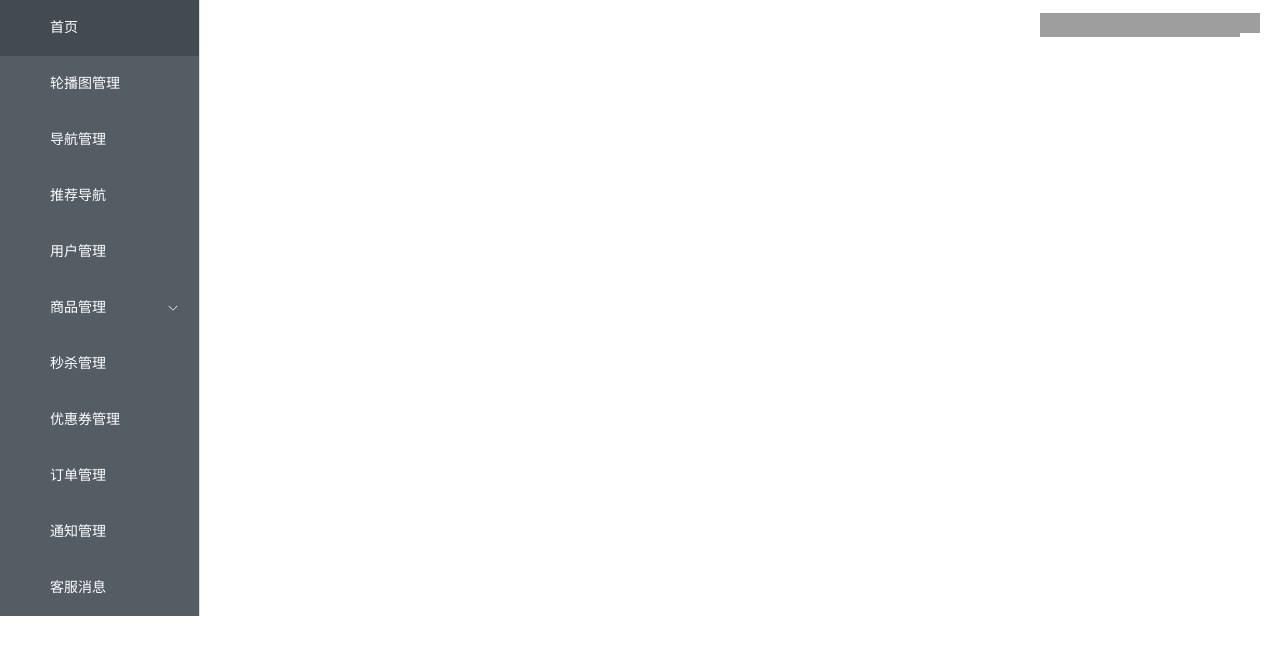
Repository: xinwuhao/CCG
Page: /addgoods
These files come from the project's save history. The page is drawn as it stood at one moment and after the next save; the edit follows.
The browser window is 1280 px wide. The pictures show the whole page.
Pictures or frames that could not be fetched are drawn as grey boxes. The project was rebuilt for these pictures with package versions that can differ from the ones it lists, and the page was loaded fresh each time. Also part of the build but not shown: vite.config.ts.

Above is the page before, as saved 2021-09-22 11:40:10.

### src/main.ts
import { createApp } from 'vue'
import App from "./App.vue";
import router from "./router"
import ElementPlus from 'element-plus'
import 'element-plus/dist/index.css'
import * as Icons from '@element-plus/icons'
import { toLine } from './utils/index'

const app = createApp(App)

for (let i in Icons) {
    app.component(`el-icon${toLine(i)}`, (Icons as any)[i])
}

app.use(router)
app.use(ElementPlus)
app.mount('#app')

### src/App.vue
<template>
  <div>
    <router-view></router-view>
  </div>
</template>

<script setup lang="ts">
</script>

<style lang='scss'>
@import "./scssbox.scss";
</style>

### src/router/index.ts
import { createRouter, createWebHistory, RouteRecordRaw } from 'vue-router'
// import Home from '../views/homepage/homepage.vue'
import Layout from '../views/layout/Layout.vue'

const routes: Array<RouteRecordRaw> = [
  {
    path: '/login',
    name: 'Logon',
    component: () => import('../views/login/Login.vue'),
    meta: {
      title: '登录'
    }
  },
  {
    path: '/',
    component: Layout,
    // 子路由: children
    children: [
      {
        path: '/',
        name: '/',
        component: () => import('../views/homepage/homepage.vue'),
        meta: {
          title: '首页',
          meta: '/homepage'
        }
      },
      {
        path: '/discount',
        name: 'discount',
        component: () => import('../views/discount/discount.vue'),
        meta: {
          title: '优惠券管理',
          meta: '/discount'
        }
      },
      {
        path: '/navigation',
        name: 'navigation',
        component: () => import('../views/navigation/navigation.vue'),
        meta: {
          title: '推荐导航',
          meta: '/navigation'
        }
      },
      {
        path: '/user',
        name: 'user',
        component: () => import('../views/user/user.vue'),
        meta: {
          title: '用户管理',
          meta: '/user'
        }
      },
      {
        path: '/addgoods',
        name: 'addgoods',
        component: () => import('../views/goods/addgoods.vue'),
        meta: {
          title: '添加商品',
          meta: '/addgoods'
        }
      },
      {
        path: '/sortgoods',
        name: 'sortgoods',
        component: () => import('../views/goods/sortgoods.vue'),
        meta: {
          title: '商品分类',
          meta: '/sortgoods'
        }
      },
      {
        path: '/modelgoods',
        name: 'modelgoods',
        component: () => import('../views/goods/modelgoods.vue'),
        meta: {
          title: '商品模型',
          meta: '/modelgoods'
        }
      },
      {
        path: '/specsgoods',
        name: 'specsgoods',
        component: () => import('../views/goods/specsgoods.vue'),
        meta: {
          title: '商品规格',
          meta: '/specsgoods'
        }
      },
      {
        path: '/parametergoods',
        name: 'parametergoods',
        component: () => import('../views/goods/parametergoods.vue'),
        meta: {
          title: '商品参数',
          meta: '/parametergoods'
        }
      },
      {
        path: '/specifications',
        name: 'specifications',
        component: () => import('../views/goods/specifications.vue'),
        meta: {
          title: '规格参数',
          meta: '/specifications'
        }
      },
      {
        path: '/seckill',
        name: 'seckill',
        component: () => import('../views/seckill/seckill.vue'),
        meta: {
          title: '秒杀管理',
          meta: '/seckill'
        }
      },
      {
        path: '/order',
        name: 'order',
        component: () => import('../views/order/order.vue'),
        meta: {
          title: '订单管理',
          meta: '/order'
        }
      },
      {
        path: '/notice',
        name: 'notice',
        component: () => import('../views/notice/notice.vue'),
        meta: {
          title: '通知管理',
          meta: '/notice'
        }
      },
      {
        path: '/news',
        name: 'news',
        component: () => import('../views/news/news.vue'),
        meta: {
          title: '客服消息',
          meta: '/news'
        }
      },
    ]
  }
]

const router = createRouter({
  history: createWebHistory(),
  routes
})

router.beforeEach((to, from, next) => {
  document.title = to.meta.title as string
  next()
})

export default router

### src/utils/index.ts
export const toLine = (str: string) => {
  return str.replace(/([A-Z])/g, "-$1").toLowerCase()
}

### src/scssbox.scss
* {
    margin: 0;
    padding: 0;
}

html,
body,
#app,
.el-container,
.el-menu {
    height: 100%;
}

### src/views/layout/Layout.vue
<template>
  <el-container>
    <el-aside width="auto">
      <nav-left :isCollapse='isCollapse'></nav-left>
    </el-aside>
    <el-container>
     <el-header>
        <nav-header v-model:isCollapse='isCollapse'></nav-header>
     </el-header>
      <el-main>
        <router-view></router-view>
      </el-main>
    </el-container>
  </el-container>
</template>

<script setup lang="ts">
import { ref, reactive } from 'vue'
import NavHeader from  '../../components/navHeader/NavHeader.vue'
import NavLeft from  '../../components/navLeft/NavLeft.vue'

interface Data {
  name: string,
  age: number
}

let isCollapse = ref<boolean>(false)
let data = reactive<Data>({
  name: 'jack',
  age: 20
})
</script>

<style scoped lang="scss">
.el-header {
  height: 50px;
  padding: 0;
}
</style>

### src/views/goods/addgoods.vue


<script lang="ts">
import { defineComponent, ref } from "vue";
import { ElMessage } from "element-plus";
import { useRoute, useRouter } from "vue-router";
import api from "../../http/aip";



export default defineComponent({
  setup() {


  },
});
</script>

<style scoped>

</style>

### src/components/navHeader/NavHeader.vue
<template>
  <div class="header">
    <div @click="toggle" class="cent">
      <el-icon-expand v-if="isCollapse"></el-icon-expand>
      <el-icon-fold v-else></el-icon-fold>
      <div class="cenn">
        <iframe
          width="200"
          height="24"
          frameborder="0"
          scrolling="no"
          hspace="0"
          src="https://i.tianqi.com/?c=code&id=11"
        ></iframe>
        <div>
          <img
            src="https://img0.baidu.com/it/u=3730772664,138405132&fm=26&fmt=auto"
            class="img"
          />
        </div>
      </div>
    </div>
  </div>
</template>

<script lang='ts' setup>
import { ref } from "vue";
import { Fold, Expand } from "@element-plus/icons";

let props = defineProps({
  isCollapse: {
    type: Boolean,
    default: false,
  },
});
let emits = defineEmits(["update:isCollapse"]);
let toggle = () => {
  emits("update:isCollapse", !props.isCollapse);
};
</script>

<style lang='scss' scoped>
svg {
  width: 20px;
  height: 20px;
}
.header {
  height: 50px;
  display: flex;
  align-items: center;
  padding: 0 20px;
}
.cent {
  display: flex;
  width: 100%;
}
.cenn {
  display: flex;
  justify-content: flex-end;
  width: 100%;
}
.img {
  width: 20px;
  height: 20px;
}
</style>

### src/components/navLeft/NavLeft.vue
<template>
  <el-menu
    :uniqueOpened="true"
    default-active="2"
    class="el-menu"
    background-color="#545c64"
    text-color="#fff"
    active-text-color="#ffd04b"
    :collapse="isCollapse"
    :router="true"
  >
    <div v-for="(item, index) in arr" :key="index">
      <div v-if="item.name !== '商品管理'">
        <el-menu-item :index="item.path">
          <component :is="item.i" class="iconbox"></component>
          <template #title>{{ item.name }}</template>
        </el-menu-item>
      </div>
      <div v-else>
        <el-sub-menu :index="item.path">
          <template #title>
            <component :is="item.i" class="iconbox"></component>
            <span>{{ item.name }}</span>
          </template>
          <div v-for="(item1, index1) in arr1" :key="index1">
            <el-menu-item-group>
              <el-menu-item :index="item1.path">
                <component :is="item1.i" class="iconbox"></component>
                <span> {{ item1.name }}</span>
              </el-menu-item>
            </el-menu-item-group>
          </div>
        </el-sub-menu>
      </div>
    </div>
  </el-menu>
</template>

<script lang='ts' setup>
import { ref } from "vue";
let arr = ref<any>([
  { name: "首页", i: "el-icon-house", path: "/" },
  { name: "轮播图管理", i: "el-icon-help", path: "/discount" },
  { name: "导航管理", i: "el-icon-data-line", path: "/discount" },
  { name: "推荐导航", i: "el-icon-document-copy", path: "/navigation" },
  { name: "用户管理", i: "el-icon-user", path: "/user" },
  { name: "商品管理", i: "el-icon-paperclip",},
  { name: "秒杀管理", i: "el-icon-reading", path: "/seckill" },
  { name: "优惠券管理", i: "el-icon-coin", path: "/discount" },
  { name: "订单管理", i: "el-icon-set-up", path: "/order" },
  { name: "通知管理", i: "el-icon-microphone", path: "/notice" },
  { name: "客服消息", i: "el-icon-chat-line-round", path: "/news" },
]);
let arr1 = ref<any>([
  { name: "添加商品", i: "el-icon-document-add", path: "/addgoods" },
  { name: "商品分类", i: "el-icon-tickets", path: "/sortgoods" },
  { name: "商品模型", i: "el-icon-set-up", path: "/modelgoods" },
  { name: "商品参数", i: "el-icon-cpu", path: "/parametergoods" },
  { name: "规格参数", i: "el-icon-takeaway-box", path: "/specifications" },
]);
let props = defineProps({
  isCollapse: {
    type: Boolean,
    default: false,
  },
});
</script>

<style lang='scss' scoped>
.el-menu:not(.el-menu--collapse) {
  width: 200px;
}
.iconbox {
  width: 20px;
  height: 20px;
  margin-right: 10px;
}
</style>

Loaded but not shown: index.html (common file)

After the next save:
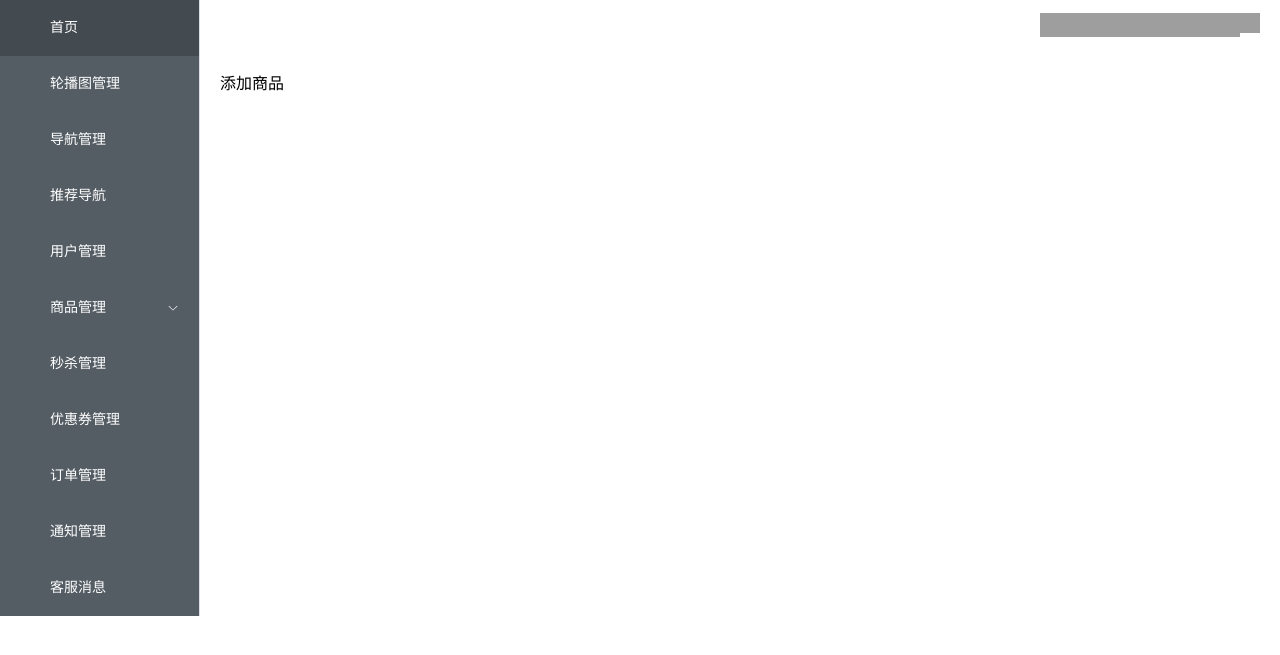
Saved 8 s later.
--- a/src/views/goods/addgoods.vue
+++ b/src/views/goods/addgoods.vue
@@ -1,21 +1,9 @@
+<template>
+  <div>添加商品</div>
+</template>
 
-
-<script lang="ts">
-import { defineComponent, ref } from "vue";
-import { ElMessage } from "element-plus";
-import { useRoute, useRouter } from "vue-router";
-import api from "../../http/aip";
-
-
-
-export default defineComponent({
-  setup() {
-
-
-  },
-});
+<script setup lang="ts">
 </script>
 
 <style scoped>
-
 </style>
